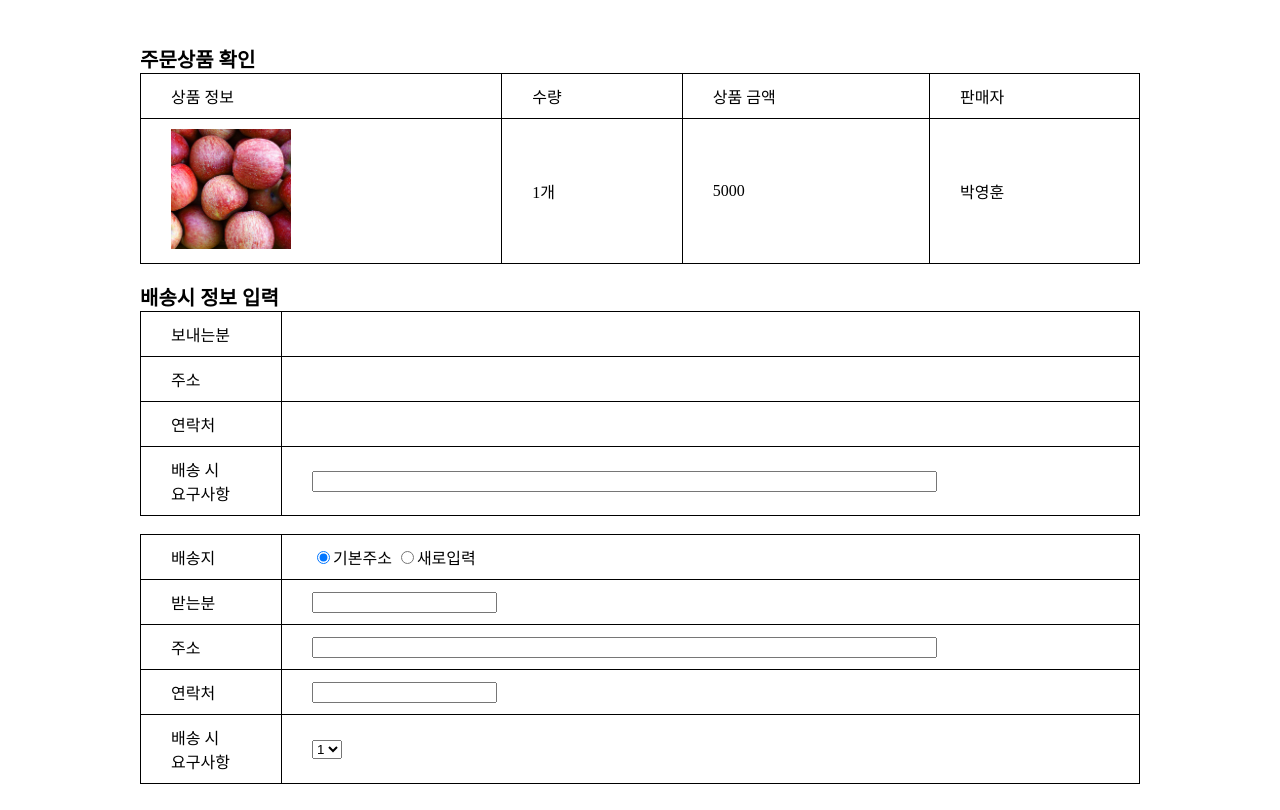
Repository: fellownew/project_workspace
Page: http://localhost/shoppingmall/WEB-INF/view/body/buyer/buyer_order_form.jsp
The author's editor kept a copy of each file at every save. The page is drawn from the files as they stood at one save, then again after the next save.
The browser window is 1280 px wide. The pictures show the whole page.
The page is served by Tomcat 9. Nobody is signed in. The template is opened directly, without the code that normally fills it, so the values that code supplies are empty.

Above is the page before, as saved 2015-06-04 02:29:12.

After the next save:
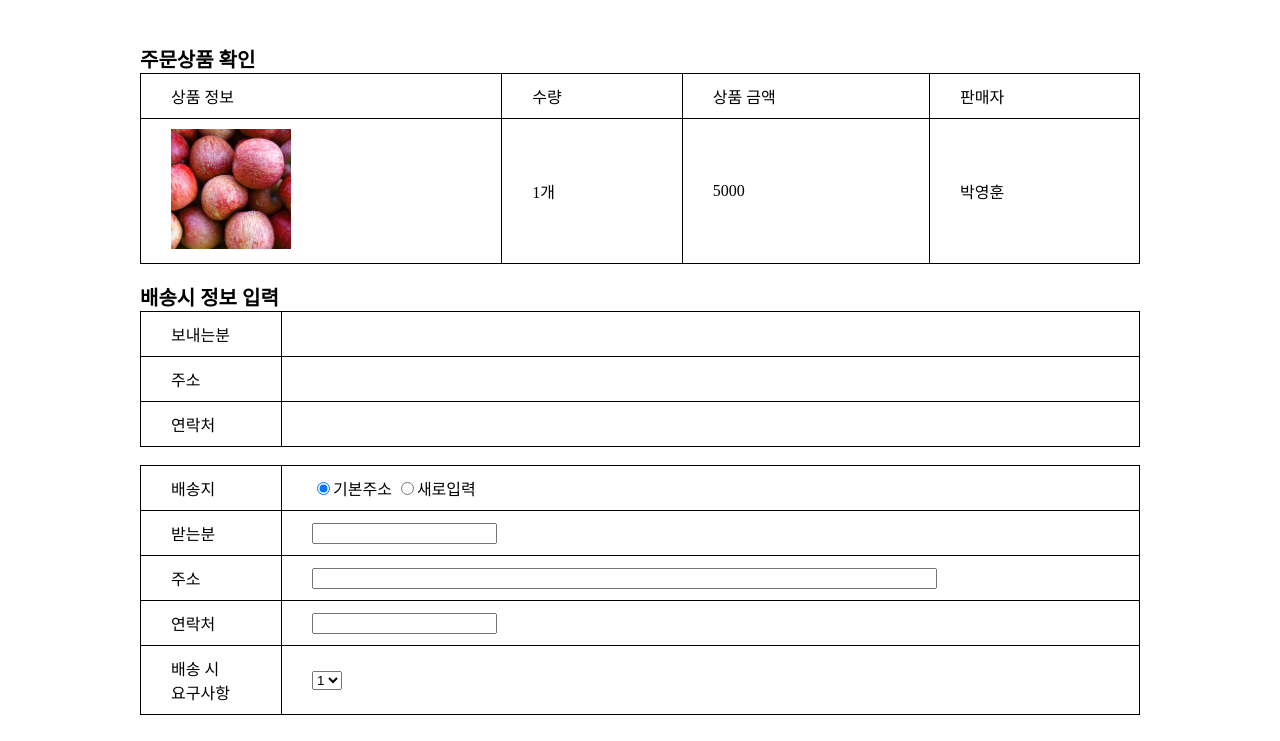
Saved 117 s later.
--- a/shoppingmall/WebContent/WEB-INF/view/body/buyer/buyer_order_form.jsp
+++ b/shoppingmall/WebContent/WEB-INF/view/body/buyer/buyer_order_form.jsp
@@ -91,11 +91,6 @@
 				<td>연락처</td>
 				<td style="text-align:left">${sessionScope.loginInfo.phone}</td>
 			</tr>
-			<tr>
-				<td>배송 시<br>요구사항</td>
-				<td style="text-align:left"><input type="text" name="" id="" size="75"></td>
-			</tr>
-
 	</table><br>
 
 	<table class="center">
